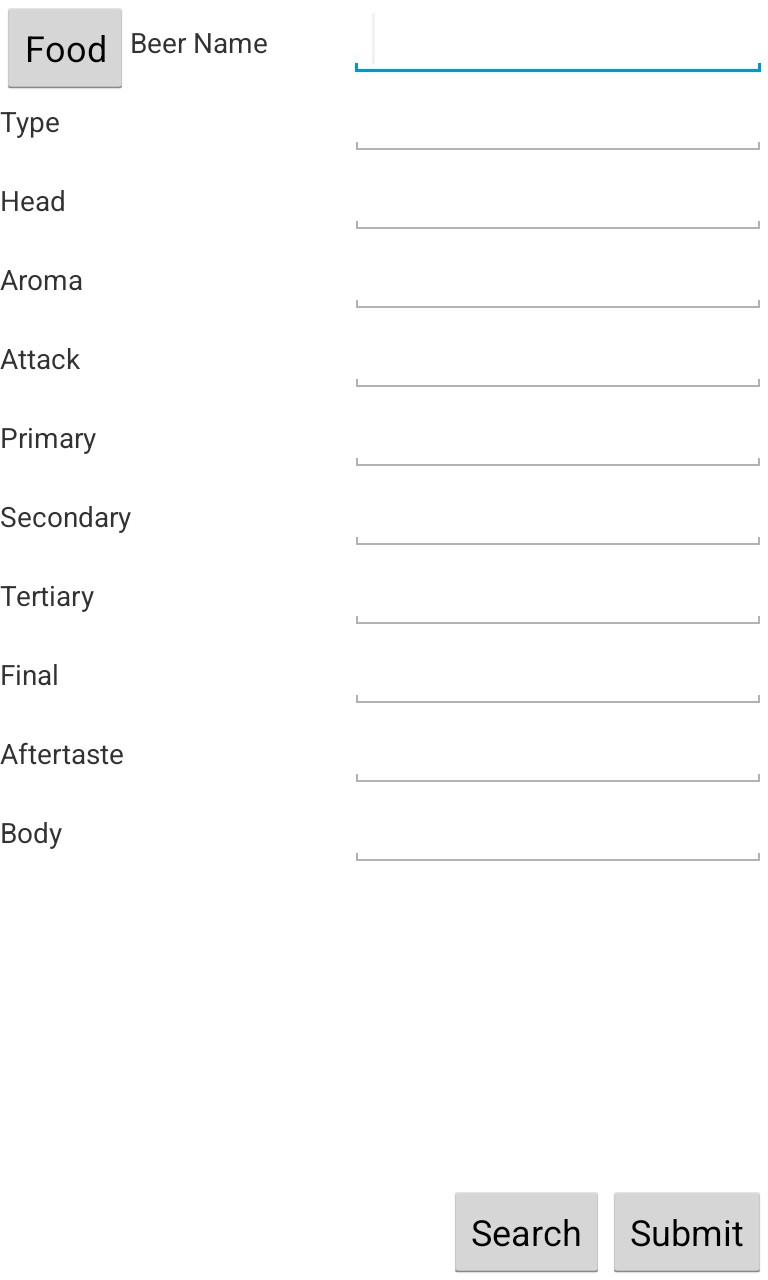
Repository: majorflight02/pairme
Layout: workspace/pairme/res/layout/fragment_beer_entry.xml
An editor plug-in stored every save of this project. The layout is shown before and after the next save, followed by the edit.
It is drawn on a 768 x 1280 px phone screen (xhdpi) without system bars, with theme AppTheme; the app's code is not run.

Above is the layout before, as saved 2013-08-25 19:06:05.

After the next save:
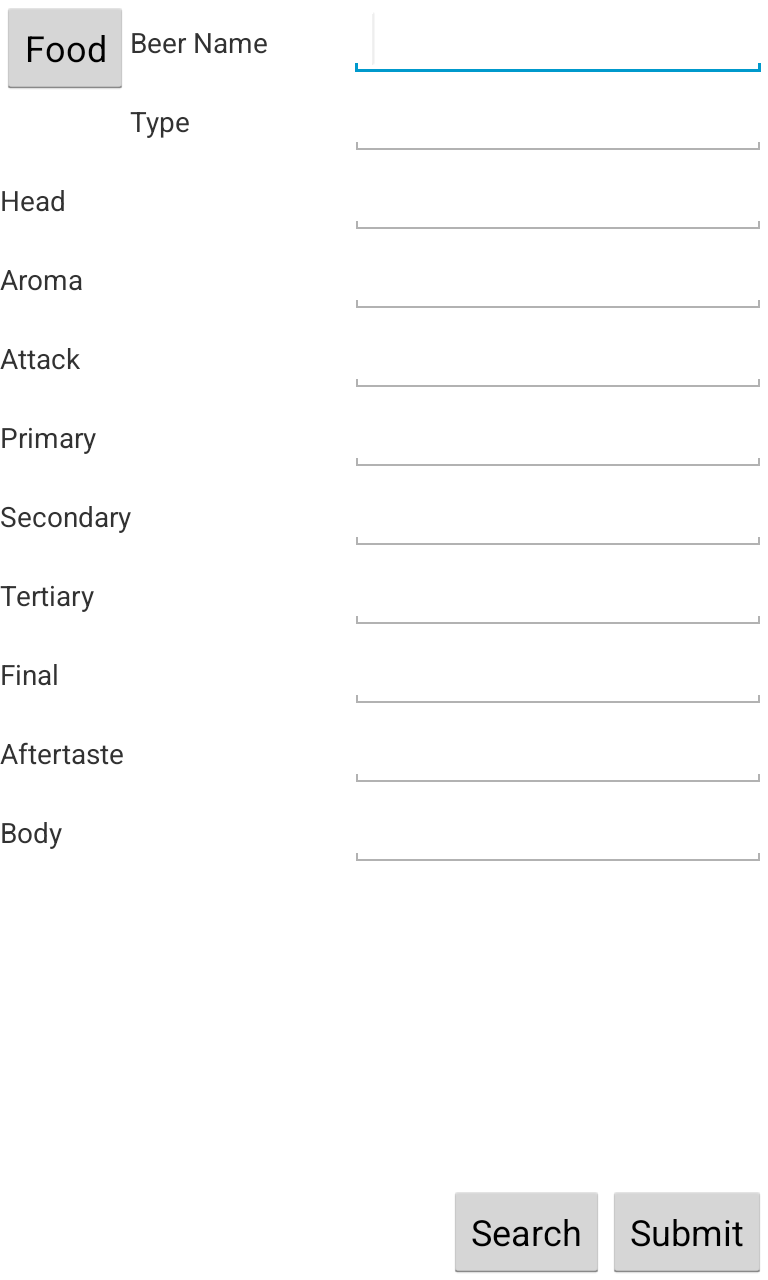
Saved 52 s later.
--- a/workspace/pairme/res/layout/fragment_beer_entry.xml
+++ b/workspace/pairme/res/layout/fragment_beer_entry.xml
@@ -52,7 +52,7 @@
 	        android:id="@+id/fragment_beer_entry_type_textfield"
 	        android:layout_width="wrap_content"
 	        android:layout_height="wrap_content"
-	        android:layout_below="@+id/fragment_beer_entry_beername_textfield"
+	        android:layout_alignLeft="@+id/fragment_beer_entry_beername_textfield"
 	        android:layout_alignBaseline="@+id/fragment_beer_entry_type_edittext"
 	        android:text="Type" />
 
